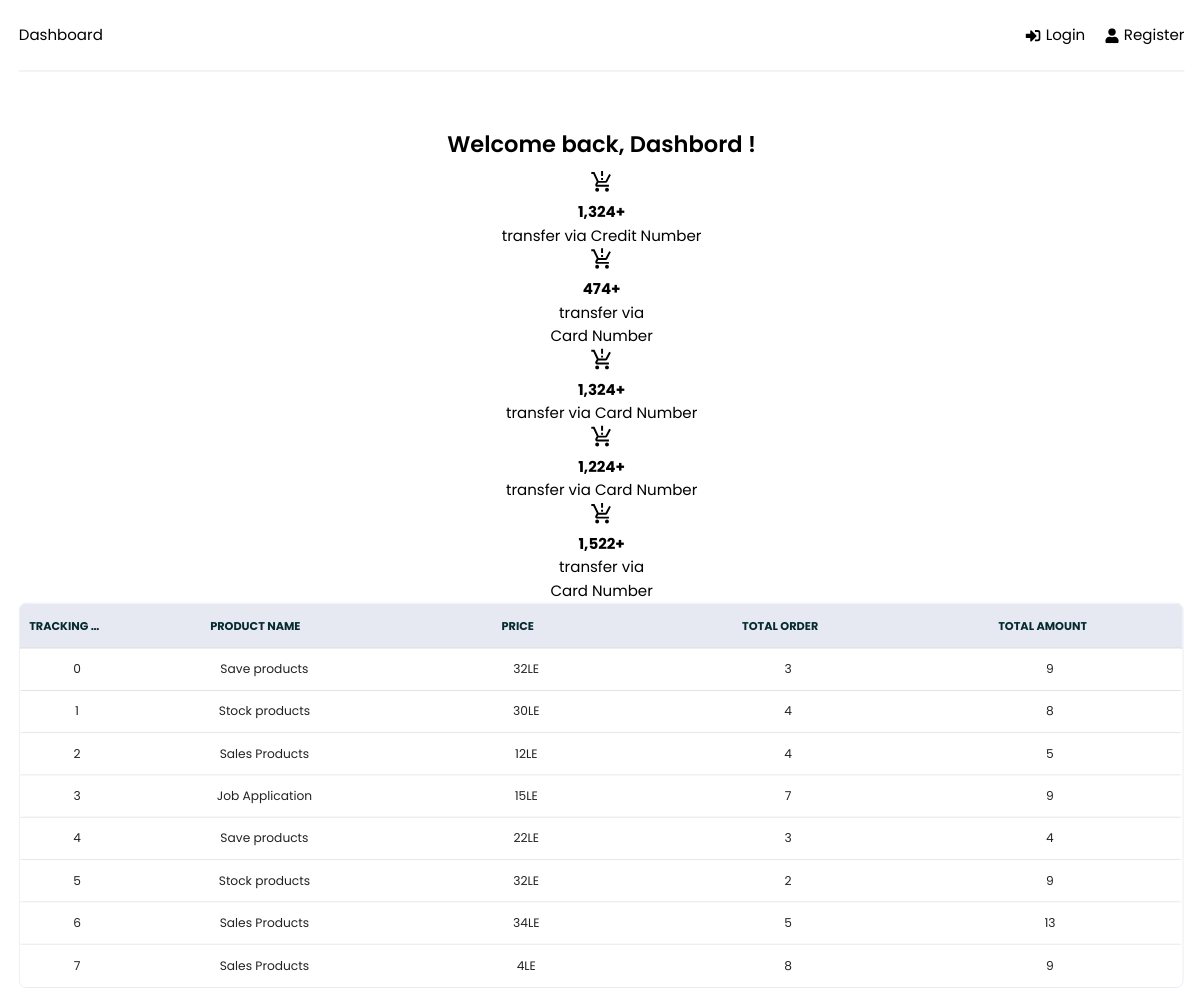
Repository: OmniaRafat232111121/DashboardTailwind
Page: /
The author's editor kept a copy of each file at every save. The page is drawn from the files as they stood at one save, then again after the next save.
The browser window is 1280 px wide. The pictures show the whole page, at 94% of full size.
The project was rebuilt for these pictures with package versions that can differ from the ones it lists, and the page was loaded fresh each time. Also part of the build but not shown: src/components/Spinner.jsx, src/pages/Login.jsx, src/pages/Register.jsx.

Above is the page before, as saved 2023-01-26 19:58:35.

### src/index.css
@import url('https://fonts.googleapis.com/css2?family=Poppins:wght@300;400;600;700&display=swap');

* {
  margin: 0;
  padding: 0;
  box-sizing: border-box;
}

body {
  font-family: 'Poppins', sans-serif;
  height: 100vh;
}

a {
  text-decoration: none;
  color: #000;
}

p {
  line-height: 1.7;
}

ul {
  list-style: none;
}

li {
  line-height: 2.2;
}

h1,
h2,
h3 {
  font-weight: 600;
  margin-bottom: 10px;
}

.container {
  width: 100%;
 max-with:500px;
  margin: 0 auto;
  padding: 0 20px;
  text-align: center;
}

.header {
  display: flex;
  justify-content: space-between;
  align-items: center;
  padding: 20px 0;
  border-bottom: 1px solid #e6e6e6;
  margin-bottom: 60px;
}

.header ul {
  display: flex;
  align-items: center;
  justify-content: space-between;
}

.header ul li {
  margin-left: 20px;
}

.header ul li a {
  display: flex;
  align-items: center;
}

.header ul li a:hover {
  color: #777;
}

.header ul li a svg {
  margin-right: 5px;
}

.heading {
  font-size: 2rem;
  font-weight: 700;
  margin-bottom: 50px;
  padding: 0 20px;
}

.heading p {
  color: #828282;
}

.goals {
  display: grid;
  grid-template-columns: repeat(2, 1fr);
  gap: 10px;
}

.goal {
  background-color: #f4f4f4;
  margin: 10px 0;
  padding: 20px 0 10px;
  position: relative;
}

.goal .close {
  position: absolute;
  top: 10px;
  right: 15px;
  cursor: pointer;
  border: none;
  background: none;
}

.form,
.content {
  width: 70%;
  margin: 0 auto;
}

.form-group {
  margin-bottom: 10px;
}

.form-group input,
.form-group textarea,
.form-group select {
  width: 100%;
  padding: 10px;
  border: 1px solid #e6e6e6;
  border-radius: 5px;
  margin-bottom: 10px;
  font-family: inherit;
}

.form-group label {
  text-align: left;
  display: block;
  margin: 0 0 5px 3px;
}

.btn {
  padding: 10px 20px;
  border: 1px solid #000;
  border-radius: 5px;
  background: #000;
  color: #fff;
  font-size: 16px;
  font-weight: 700;
  cursor: pointer;
  text-align: center;
  appearance: button;
  display: flex;
  align-items: center;
  justify-content: center;
}

.btn svg {
  margin-right: 8px;
}

.btn-reverse {
  background: #fff;
  color: #000;
}

.btn-block {
  width: 100%;
  margin-bottom: 20px;
}

.btn:hover {
  transform: scale(0.98);
}

.loadingSpinnerContainer {
  position: fixed;
  top: 0;
  right: 0;
  bottom: 0;
  left: 0;
  background-color: rgba(0, 0, 0, 0.5);
  z-index: 5000;
  display: flex;
  justify-content: center;
  align-items: center;
}

.loadingSpinner {
  width: 64px;
  height: 64px;
  border: 8px solid;
  border-color: #000 transparent #555 transparent;
  border-radius: 50%;
  animation: spin 1.2s linear infinite;
}

@keyframes spin {
  0% {
    transform: rotate(0deg);
  }
  100% {
    transform: rotate(360deg);
  }
}

@media (max-width: 600px) {
  .form {
    width: 90%;
  }

  .heading h1 {
    font-size: 2rem;
  }

  .heading p {
    font-size: 1.5rem;
  }
}

### src/App.js
import { BrowserRouter as Router, Routes, Route } from 'react-router-dom'
import { ToastContainer } from 'react-toastify'
import 'react-toastify/dist/ReactToastify.css'
import Header from './components/Header'
import Dashboard from './pages/Dashboard'
import Login from './pages/Login'
import Register from './pages/Register'
import { useEffect} from 'react'
import { useSelector } from 'react-redux'
function App() {
const isAuth = useSelector(state => state?.authSlice?.user?.isAuth)
  return (
    <>
      <Router>

        <div className='container'>
         <Header />
          <Routes>
            <Route path='/' element={<Dashboard />} />
            <Route path='/login' element={<Login />} />
            <Route path='/register' element={<Register />} />


          </Routes>
        </div>
      </Router>
      <ToastContainer />





    </>
  )
}

export default App

### src/app/store.js
import { configureStore } from '@reduxjs/toolkit'
import authReducer from '../features/auth/authSlice'

export const store = configureStore({
  reducer: {
    auth: authReducer,

  },
})

### src/components/Header.jsx
import { FaSignInAlt, FaSignOutAlt, FaUser } from 'react-icons/fa'
import { Link, useNavigate } from 'react-router-dom'
import { useSelector, useDispatch } from 'react-redux'
import { logout, reset } from '../features/auth/authSlice'

function Header() {
  const navigate = useNavigate()
  const dispatch = useDispatch()
  const { user } = useSelector((state) => state.auth)

  const onLogout = () => {
    dispatch(logout())
    dispatch(reset())
    navigate('/')
  }

  return (
    <header className='header'>
      <div className='logo'>
        <Link to='/'>Dashboard</Link>
      </div>
      <ul>
        {user ? (
          <li>
            <button className='btn' onClick={onLogout}>
              <FaSignOutAlt /> Logout
            </button>
          </li>
        ) : (
          <>
            <li>
              <Link to='/login'>
                <FaSignInAlt /> Login
              </Link>
            </li>
            <li>
              <Link to='/register'>
                <FaUser /> Register
              </Link>
            </li>
          </>
        )}
      </ul>
    </header>
  )
}

export default Header

### src/pages/Dashboard.jsx
import React from 'react'
import {MdProductionQuantityLimits} from 'react-icons/md'
import DataTableDT from '../components/DataTable'
import InfoCard from '../components/InfoCard';
import { BiBell, BiBriefcase, BiMessageDetail } from 'react-icons/bi'
import { AiOutlineBarChart } from 'react-icons/ai'
import { FaEye, FaHeart } from 'react-icons/fa'
import { RiGamepadLine } from 'react-icons/ri'
import { HiShoppingBag } from 'react-icons/hi'

const columns = [
    {
    name: 'Tracking no',
    selector: row => row?.id,
    sortable: true,
    reorder: true,
    center: true,
    maxWidth: '120px',
  },
  {
    name: 'Product name',
    selector: row => row?.title,
    sortable: true,
    reorder: true,
    center: true,
  },
  {
    name: 'Price',
    selector: row => row?.price + 'LE',
    sortable: true,
    reorder: true,
    center: true,
  },
  {
    name: 'Total Order',
    selector: row => row?.order ,
   sortable: true,
    reorder: true,
    center: true,
  },
  {
    name: 'Total Amount',
    selector: row => row?.total ,
    sortable: true,
    reorder: true,
    center: true,
  },

];

const data = [

    {
    id: 0,
    count: 178,
    order:3,
    price: 32,
    title: 'Save products',
    total:9,
    icon: <FaHeart />,
      color:'blue'
    },
    {
      id:1,
      count: 20,
         order:4,
      price: 30,
        total:8,
      title:'Stock products',
      icon: <RiGamepadLine />,
      color:'yellow'
    },
    {
      id:2,
      count: 190,
      price: 12,
      order: 4,
           total:5,
      title:'Sales Products',
      icon: <HiShoppingBag />,
      color:'orange'
    },
    {
      id:3,
      count: 12,
      price: 15,
       total:9,
      order:7,
      title:'Job Application',
      icon: <BiBriefcase />,
      color:'purple'
  },
    {
      id:4,
      count: 178,
      price: 22,
       total:4,
     order:3,
      title:'Save products',
      icon: <FaHeart/>,
      color:'blue'
    },
    {
      id:5,
      count: 20,
      price: 32,
      order: 2,
            total:9,
      title:'Stock products',
      icon: <RiGamepadLine />,
      color:'yellow'
    },
    {
      id:6,
      count: 190,
        price:34,
      title: 'Sales Products',
        order:5,
      icon: <HiShoppingBag />,
      color: 'orange',
       total:13,
    },

        {
      id:7,
      count: 140,
        price:4,
      title: 'Sales Products',
        order:8,
      icon: <HiShoppingBag />,
      color: 'orange',
       total:9,
    },


]


const Dashboard = () => {


  return (
    <section className="  w-full px-14 flex-1 pt-14 ">
      <div>
        <h2 className=" lg:text-lg text-black-400 ">Welcome back, Dashbord !</h2>
        <div className=' flex  flex-col mt-4
           lg:flex-row
           items-center
           justify-between
           rounded-md
           bg-gray-100 shadow-2xl p-10 '>

          <InfoCard
            className="mt-3 p-5 box-shadow-300 "
            bgColor={"bg-green-600"}
            textColor={"text-green-500"}

            count={'+1324'}
            icon={<MdProductionQuantityLimits size={25} />}
            label={
              <span className='text-sm'>
                transfer via Credit Number
              </span>
            }
          />
           <InfoCard
            className="mt-3 p-5 box-shadow-300"
            bgColor={"bg-purple-600"}
            textColor={"text-purple-500"}

            count={'+474'}
            icon={<MdProductionQuantityLimits size={25} />}
            label={
              <span className='text-sm'>
                transfer via
                <br />
                Card Number
              </span>
            }
          />
            <InfoCard
            className="mt-3 p-5 box-shadow-300"
            bgColor={"bg-blue-600"}
            textColor={"text-blue-500"}

            count={'+1324'}
            icon={<MdProductionQuantityLimits size={25} />}
            label={
              <span className='text-sm'>
                transfer via  Card Number
              </span>
            }
          />


          <InfoCard
            className="mt-3 box-shadow-300"
             count={'+1224'}
            bgColor={"bg-red-600"}
            textColor={"text-red-500"}
            icon={<MdProductionQuantityLimits size={25} />}
            label={
              <span className='text-sm'>
                transfer via  Card Number
              </span>
            }
          />

          <InfoCard
            className="mt-3 box-shadow-300"
             count={'+1522'}
            bgColor={"bg-yellow-600"}
            textColor={"text-yellow-500"}
            icon={<MdProductionQuantityLimits size={25} />}
            label={
              <span className='text-sm'>
                transfer via
                <br />
                Card Number
              </span>
            }
          />




        </div>
        <div className='mt-10'>
          <DataTableDT
            className=" md:w-3"
            columns={columns}
            data={data}
            selectableRows
            pagination={false}
        />
        </div>
      </div>

    </section>
  )
}

export default Dashboard

### src/features/auth/authSlice.js
import { createSlice, createAsyncThunk } from '@reduxjs/toolkit'
import authService from './authService'

// Get user from localStorage
const user = JSON.parse(localStorage.getItem('user'))

const initialState = {
  user: user ? user : null,
  isError: false,
  isSuccess: false,
  isLoading: false,
  message: '',
}

// Register user
export const register = createAsyncThunk(
  'auth/register',
  async (user, thunkAPI) => {
    try {
      return await authService.register(user)
    } catch (error) {
      const message =
        (error.response &&
          error.response.data &&
          error.response.data.message) ||
        error.message ||
        error.toString()
      return thunkAPI.rejectWithValue(message)
    }
  }
)

// Login user
export const login = createAsyncThunk('auth/login', async (user, thunkAPI) => {
  try {
    return await authService.login(user)
  } catch (error) {
    const message =
      (error.response && error.response.data && error.response.data.message) ||
      error.message ||
      error.toString()
    return thunkAPI.rejectWithValue(message)
  }
})

export const logout = createAsyncThunk('auth/logout', async () => {
  await authService.logout()
})

export const authSlice = createSlice({
  name: 'auth',
  initialState,
  reducers: {
    reset: (state) => {
      state.isLoading = false
      state.isSuccess = false
      state.isError = false
      state.message = ''
    },
  },
  extraReducers: (builder) => {
    builder
      .addCase(register.pending, (state) => {
        state.isLoading = true
      })
      .addCase(register.fulfilled, (state, action) => {
        state.isLoading = false
        state.isSuccess = true
        state.user = action.payload
      })
      .addCase(register.rejected, (state, action) => {
        state.isLoading = false
        state.isError = true
        state.message = action.payload
        state.user = null
      })
      .addCase(login.pending, (state) => {
        state.isLoading = true
      })
      .addCase(login.fulfilled, (state, action) => {
        state.isLoading = false
        state.isSuccess = true
        state.user = action.payload
      })
      .addCase(login.rejected, (state, action) => {
        state.isLoading = false
        state.isError = true
        state.message = action.payload
        state.user = null
      })
      .addCase(logout.fulfilled, (state) => {
        state.user = null
      })
  },
})

export const { reset } = authSlice.actions
export default authSlice.reducer

### src/components/DataTable.jsx
import React from 'react';
import DataTable, { createTheme } from 'react-data-table-component';
import { BsSortDown } from 'react-icons/bs';
const sortIcon = <BsSortDown />;
const DataTbleDT = ({
  columns,
  data,
  title,
  select,
  pagination,
  paginationServer,
  paginationTotalRows,
  onChangeRowsPerPage,
  onChangePage,
  progressPending,
  progressComponent,
}) => {
  const customStyles = {
    tableWrapper: {
      style: {
        display: 'table',
        border: '1px solid #E6E9F1',
        width: '99.9%',
        overflow: 'hidden',
        borderRadius: '8px',
      },
    },
    header: {
      style: {
        color: '#FFFFFF',
        fontWeight: 800,
        minHeight: '60px',
        paddingLeft: '0px',
        textAlign: 'center',
        textTransform: 'uppercase',
      },
    },
    head: {
      style: {
        color: 'orange',
      },
    },
    headRow: {
      style: {
        backgroundColor: '#E6E9F1',
        minHeight: '48px',
      },
      denseStyle: {
        minHeight: '30px',
      },
    },
    headCells: {
      style: {
        textTransform: 'uppercase',
        fontWeight: 700,
        color: '#052A30',
        paddingLeft: '10px',
        paddingRight: '10px',
      },
      activeSortStyle: {
        color: '#ccc',
        '&:focus': {
          outline: 'none',
        },
        '&:hover:not(:focus)': {
          color: '#E6E9F1',
        },
      },
      inactiveSortStyle: {
        '&:focus': {
          outline: 'none',
          color: '',
        },
        '&:hover': {
          color: '',
        },
      },
    },
    cells: {
      style: {
        paddingLeft: '10px',
        paddingRight: '10px',
        wordBreak: 'break-word',
      },
    },
    rows: {
      style: {
        minHeight: '45px',
        width: '99.8%',
        marginLeft: '1px',
        marginRight: '1px',
      },
      denseStyle: {
        fontSize: '12px',
        minHeight: '40px',
      },
      highlightOnHoverStyle: {
        backgroundColor: '#f7fcf7',
      },
    },
  };

  createTheme('ElevateLight', {
    text: {
      primary: '#393939',
      secondary: '#000',
    },
    background: {
      default: '#fff',
    },
    context: {
      background: '#f7fcf7',
      text: '#FFFFFF',
    },
    divider: {
      default: '#E6E9F1',
    },
    action: {
      button: 'rgba(0,0,0,.54)',
      hover: 'rgba(0,0,0,.08)',
      disabled: 'rgba(0,0,0,.12)',
    },
  });

  return (
    <DataTable
      columns={columns}
      data={data}
      selectableRows={select}
      selectableRowsNoSelectAll={false}
      selectableRowsVisibleOnly={false}
      selectableRowsHighlight={true}
      selectableRowsSingle={false}
      expandableRows={false}
      expandOnRowClicked={false}
      expandOnRowDoubleClicked={false}
      expandableRowsHideExpander={false}
      highlightOnHover={false}
      striped={false}
      pointerOnHover={false}
      dense={false}
      persistTableHead={false}
      noHeader={false}
      fixedHeader={false}
      fixedHeaderScrollHeight="300px"
      noTableHead={false}
      noContextMenu={false}
      direction="right"
      subHeader={false}
      subHeaderAlign="right"
      subHeaderWrap={true}
      responsive
      disabled={false}
      customStyles={customStyles}
      sortIcon={sortIcon}
      pagination={pagination}
      paginationServer={paginationServer}
      paginationTotalRows={paginationTotalRows}
      onChangeRowsPerPage={onChangeRowsPerPage}
      onChangePage={onChangePage}
      progressPending={progressPending}
      progressComponent={progressComponent}
    />
  );
};

export default DataTbleDT;

### src/components/InfoCard.jsx
import React from 'react'
import CountUp from 'react-countup'
const InfoCard = (props) => {
    return (
       <div className={` mt-3 rounded-xl ${props.bgColor} bg-opacity-10 p-5  w-36    ${props.textColor}`}>


            <div className='text  flex justify-between   '>
        {props.icon}
                <h4>
          <CountUp
            start={0}
            end={props.count}
            duration={props.count < 20 ? 1 : props.count < 200 ? 2 : 3}
            decimals={0}
                    />
                    +
                    </h4>
            </div>
            {props.label}

          </div>



  )
}

export default InfoCard

### src/features/auth/authService.js
import axios from 'axios'

const API_URL1 = 'https://reqres.in/api/register'

// Register user
const register = async (userData) => {
  const response = await axios.post(API_URL1, userData)

  if (response.data) {
    localStorage.setItem('user', JSON.stringify(response.data))
  }

  return response.data
}

const API_URL = 'https://reqres.in/api/login/'
 //Login user
const login = async (userData) => {
  const response = await axios.post(API_URL , userData)

  if (response.data) {
    localStorage.setItem('user', JSON.stringify(response.data))
  }

  return response.data
}

// Logout user
const logout = () => {
  localStorage.removeItem('user')
}

const authService = {
  register,
  logout,
  login,
}

export default authService

Loaded but not shown: public/index.html (common file); src/index.js (common file)

After the next save:
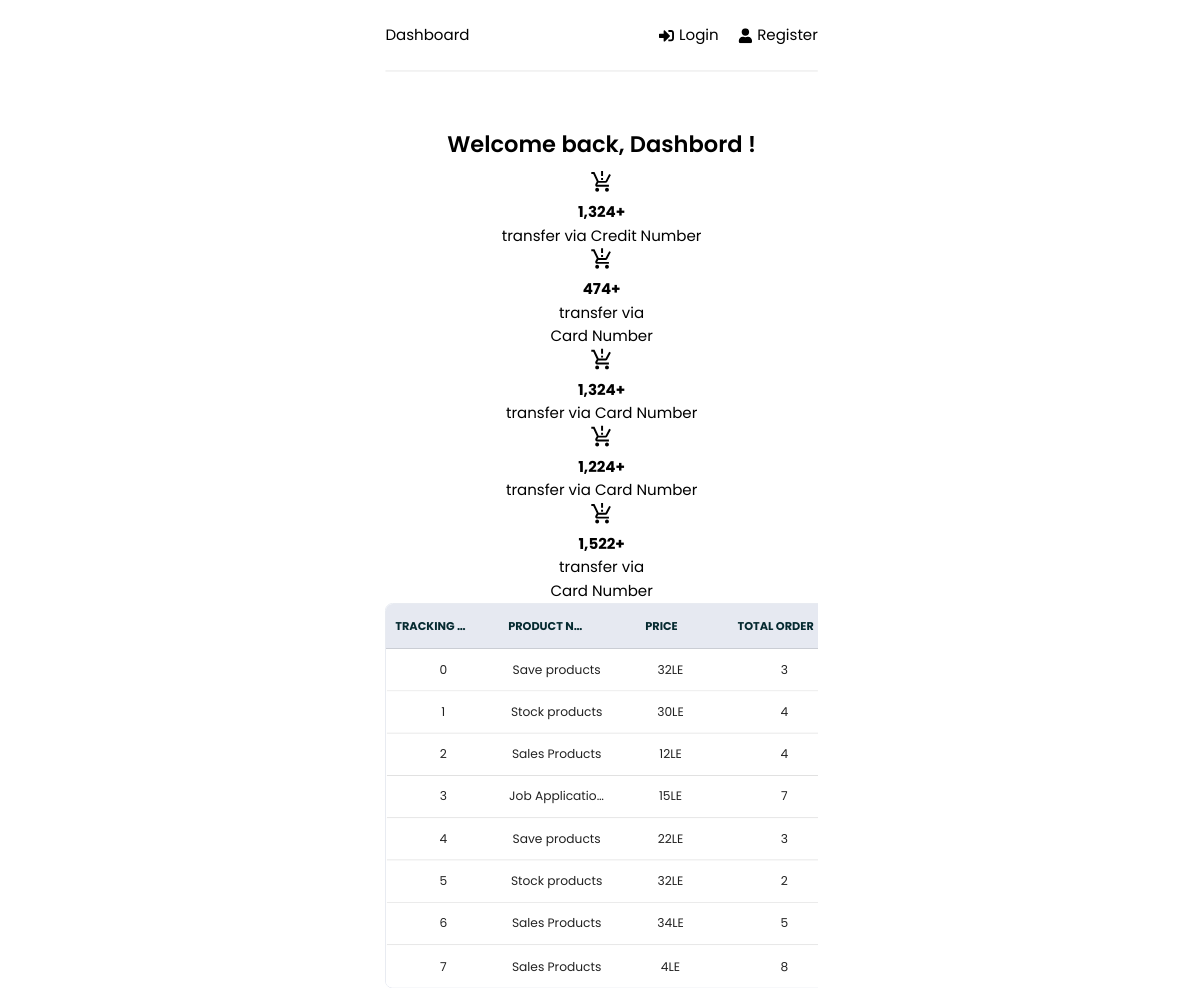
Saved 7 s later.
--- a/src/index.css
+++ b/src/index.css
@@ -37,7 +37,7 @@
 
 .container {
   width: 100%;
- max-with:500px;
+ max-width:500px;
   margin: 0 auto;
   padding: 0 20px;
   text-align: center;

After the 2 saves that followed:
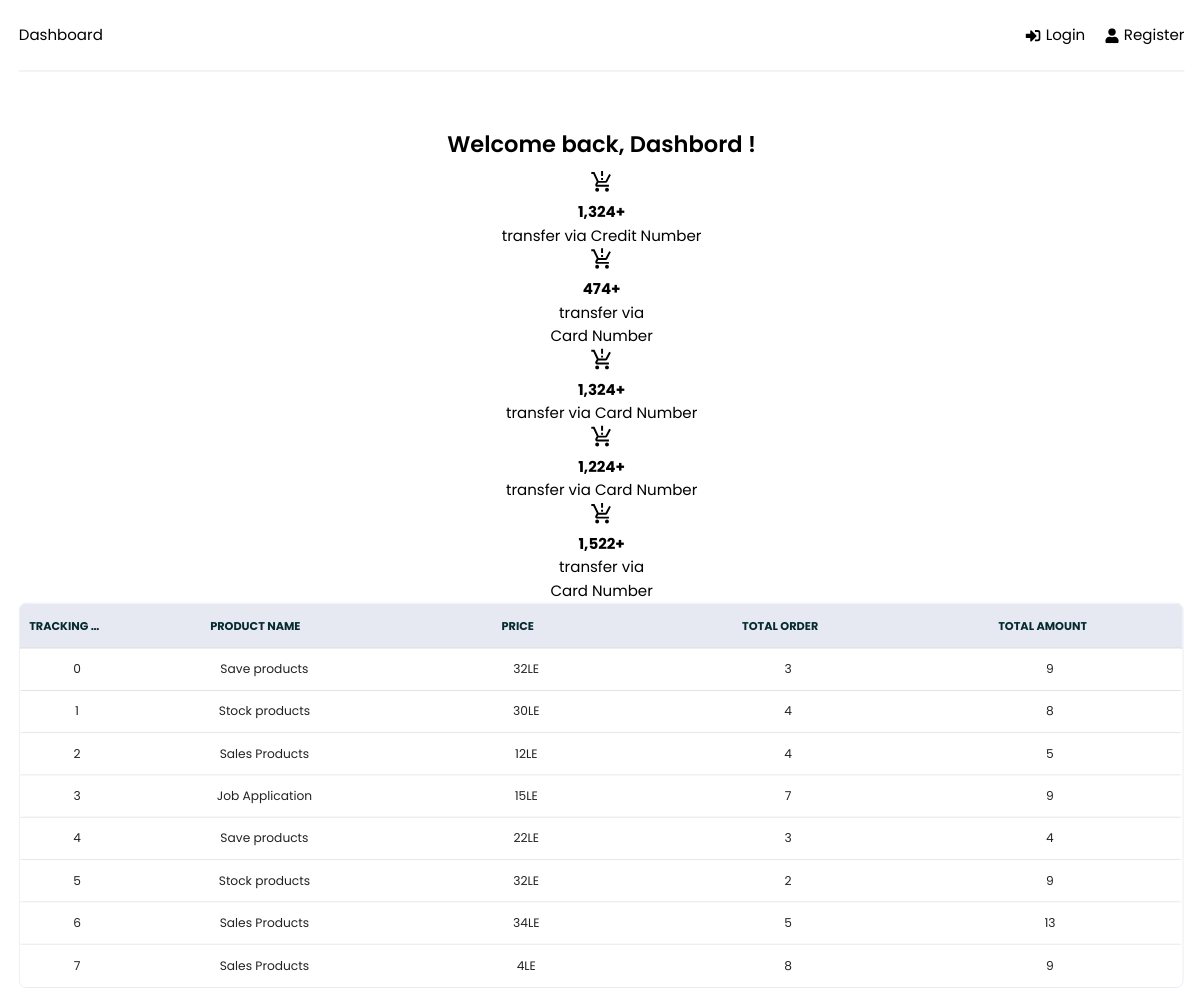
The 2 saves are shown as one change because they came seconds apart.
The last was saved 13 s later.
--- a/src/index.css
+++ b/src/index.css
@@ -37,7 +37,7 @@
 
 .container {
   width: 100%;
- max-width:500px;
+ max-width:7000px;
   margin: 0 auto;
   padding: 0 20px;
   text-align: center;
